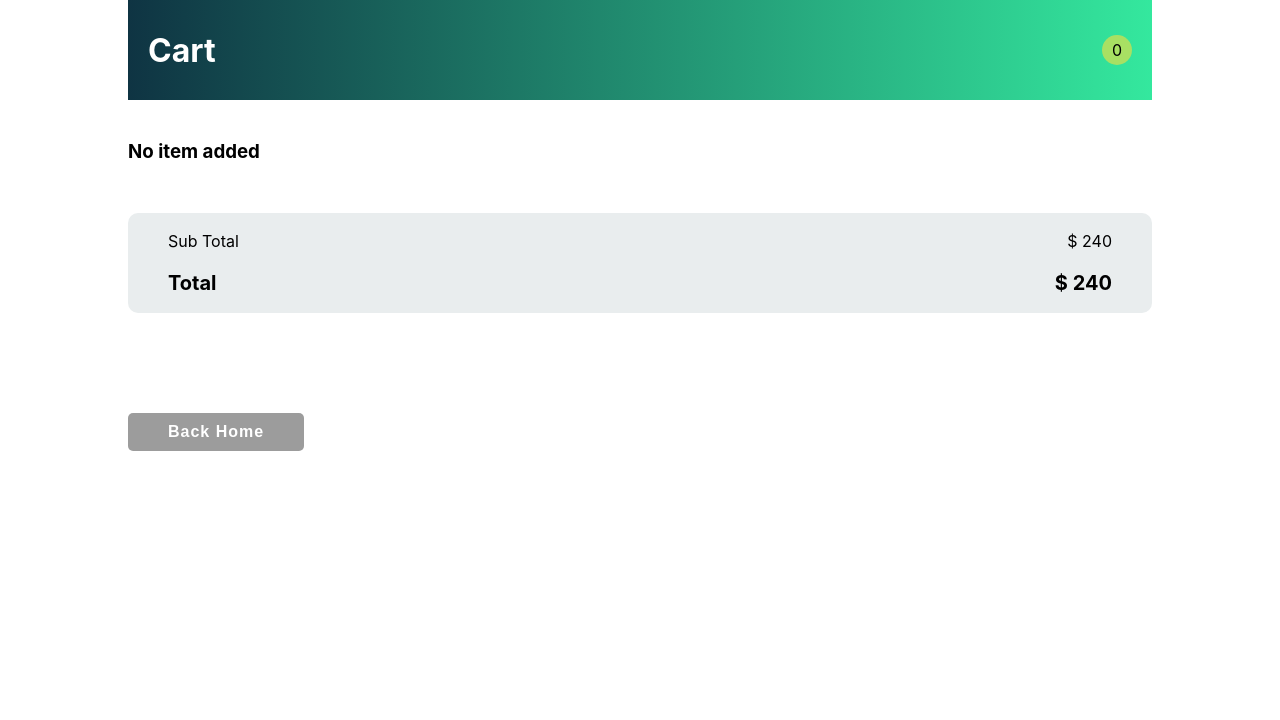
Repository: Yowani24/CarbonApp
Page: /cart
These files come from the project's save history. The page is drawn as it stood at one moment and after a run of saves; the edit follows.
The browser window is 1280 px wide. The pictures show the whole page.
The project was rebuilt for these pictures with package versions that can differ from the ones it lists, and the page was loaded fresh each time. The framework's server and built-in components were replaced by stand-ins that run in the browser. Also part of the build but not shown: next.config.js.

Above is the page before, as saved 2021-09-27 14:09:15.

### pages/_app.js
import { useState } from 'react';
import '../styles/globals.css'
import { CreditProvider } from './products/CreditList'

function MyApp({ Component, pageProps }) {
  return (
    <CreditProvider>
      <Component {...pageProps} />
    </CreditProvider>
  );
}

export default MyApp

### pages/cart/index.js
import React from 'react';
import Head from 'next/head'

import styles from './Cart.module.css'
import Link from 'next/link'

import { CreditList } from '../products/CreditList'
import { useContext } from 'react'

export default function Cart(props) {
    const {cartContent, onAdd, onRemove} = useContext(CreditList);
    const [cartItems, setCartItems] = cartContent;
    return (
        <>
          <Head>
              <title>Cart</title>
          </Head>
          <header>
              <div className={styles.interface}>
                    <div className={styles.header_content}>
                        <h1>Cart</h1>
                        <p>{cartItems.length}</p>
                    </div>
              </div>
          </header>

          <section>
              <div className={styles.interface}>
                  <div className={styles.boxes}>
                      <h3>{cartItems.length === 0 && <p>No item added</p>}</h3>
                      {cartItems.map(item => (
                          <div className={styles.content_box} key={item.id}>
                          <div className={styles.box}>
                              <h3>{item.product}</h3>
                          </div>

                          <div className={styles.product_details}>
                            <div className={styles.description}>
                                <p>{item.product}</p>
                                <p>{item.description}</p>
                            </div>

                            <div className={styles.details_wrapper}>
                                <div className={styles.quantity_controls}>
                                    <button onClick={() => onRemove(item)}>-</button>
                                    <button onClick={() => onAdd(item)}>+</button>
                                </div>

                                <div className={styles.current_money}>
                                    <p>{item.quantity}</p>
                                    <span>x</span>
                                    <p>$ {item.price}</p>
                                </div>
                            </div>
                          </div>
                      </div>
                      ))}
                  </div>

                  <div className={styles.total_to_pay_box}>
                      <span>
                          <p>Sub Total</p>
                          <p>$ 240</p>
                      </span>
                      <span>
                          <p>Total</p>
                          <p>$ 240</p>
                      </span>
                  </div>

                  <div className={styles.button_box}>
                      <Link href="/"><button>Back Home</button></Link>
                      {cartItems.length > 0 && <Link href="/payment"><button>Continue</button></Link>}

                  </div>
              </div>
          </section>
        </>
    )
}

### styles/globals.css
html,
body {
  padding: 0;
  margin: 0;
  font-family: -apple-system, BlinkMacSystemFont, Segoe UI, Roboto, Oxygen,
    Ubuntu, Cantarell, Fira Sans, Droid Sans, Helvetica Neue, sans-serif;
}

a {
  color: inherit;
  text-decoration: none;
}

* {
  margin: 0;
  box-sizing: border-box;
}

### pages/products/CreditList.js
import React, { useState, createContext } from 'react';

export const CreditList = createContext();

export const CreditProvider = (props) => {
    const [credit, setCredit] = useState([
        {
            id: 1,
            product: 'Carbon Credit',
            price: 120,
            description: 'More details goes here like description'
        },
        {
            id: 2,
            product: 'Carbon Credit',
            price: 120,
            description: 'More details about the product'
        },
        {
            id: 3,
            product: 'Carbon Credit',
            price: 120,
            description: 'More details for the item'
        },
        {
            id: 4,
            product: 'Carbon Credit',
            price: 120,
            description: 'More details to provide about carb cred'
        }

    ]);

    const [cartItems, setCartItems] = useState([]);

    const onAdd = () => {
        const exist = cartItems.find(x => x.id === credit.id);
        if(exist) {
            setCartItems(cartItems.map(x => x.id === credit.id ? {...exist, quantity: exist.quantity + 1} : x));
        }else{
            setCartItems([...cartItems, {...credit, quantity: 1}])
        }
    }

    return (
        <CreditList.Provider value={{credits:[credit, setCredit], cartContent:[cartItems, setCartItems], onAdd: onAdd }}>
            {props.children}
        </CreditList.Provider>
    );
}

### pages/cart/Cart.module.css
.interface{
    width: 80%;
    margin: 0 auto;
}

@media (max-width: 780px){
    .interface{
        width: 100%;
    }
}

/* =================HEADER================ */

.header_content{
    display: flex;
    justify-content: space-between;
    align-items: center;
    height: 100px;
    padding: 0 20px;

    background: #34e89e;
    background: -webkit-linear-gradient(to right, #0f3443, #34e89e);
    background: linear-gradient(to right, #0f3443, #34e89e);
}
.header_content h1{
    color: #FFFFFF;
}
.header_content p{
    display: flex;
    justify-content: center;
    align-items:center;
    width: 30px;
    height: 30px;
    border-radius: 100%;
    background: #a8e063;
}

@media (max-width:415px){
    .header_content{
        height: 80px;
    }
}

/* ============================== */
.boxes{
    margin-top: 40px;
}
.content_box{
    width: 100%;
    height: 120px;
    background:rgb(233, 237, 238);
    border-radius: 10px;

    display: flex;
    align-items:center;
    margin: 15px 0;
}
.box{
    width: 120px;
    height: 100%;
    border-radius: 10px;

    background: #00467F;
    background: -webkit-linear-gradient(to right, #56ab2f , #a8e063);
    background: linear-gradient(to right, #56ab2f , #a8e063);


    display: flex;
    justify-content: center;
    align-items: center;
}
.box h3{
    font-size: 25px;
    width: 100px;
    color: azure;
}
.product_details{
    display: flex;
    justify-content: space-between;
    align-items: center;
    width: 80%;
    margin: 0 auto;
    color: hsl(0, 2%, 26%);
}
.description p:nth-child(2){
    margin-top: 5px;
    font-size: 14px;
}
.details_wrapper{
    width: 60%;

    display: flex;
    align-items: center;
    justify-content: space-between;
}
.quantity_controls button{
    border: none;
    padding: 5px 20px;
    margin: 0 5px;
    border-radius: 5px;
    font-size: 16px;
    background: rgb(204, 200, 200);
    cursor: pointer;
}
.quantity_controls button:active{
    background: rgb(148, 146, 146);
}
.current_money{
    display: flex;
    font-size: 16px;
    font-weight: bold;
}
.current_money span{
    padding: 0 20px;
}

@media (max-width: 780px){
    .content_box{
        height: 120px;
        width: 90%;
        margin: 15px auto;
    }
    .details_wrapper{
        width: 50%;
        margin: 0 auto;
        margin-top: 10px;
    }
}
@media (max-width: 415px){
    .content_box{
        height: 80px;
    }
    .box{
        width: 80px;
    }
    .box h3{
        font-size: 16px;
        width: 60px;
        color: azure;
    }

    .product_details{
        justify-content: center;
        flex-direction: column;
        width: 60%;
    }
    .description{
        width: 100%;
    }
    .description p:first-child{
        font-size: 14px;
    }
    .description p:nth-child(2){
        margin-top: 2px;
        font-size: 9px;
    }
    .details_wrapper{
        width: 100%;
        margin-top: 10px;
    }
    .quantity_controls button{
        padding: 5px 10px;
    }
    .current_money span{
        padding: 0 5px;
    }
}


/* ==================================== */

.total_to_pay_box{
    width: 100%;
    height: 100px;
    background:rgb(233, 237, 238);
    border-radius: 10px;

    display: flex;
    flex-direction: column;
    justify-content: center;
    margin-top: 50px;
    padding: 0 40px;
}

.total_to_pay_box span{
    display: flex;
    justify-content: space-between;
    margin: 10px 0;
}
.total_to_pay_box span:nth-child(2){
    font-weight: bold;
    font-size: 20px;
}

@media (max-width: 780px){
    .total_to_pay_box{
        height: 100px;
        width: 90%;
        margin: 0 auto;
        margin-top: 50px;
    }
}

@media (max-width: 460px){
    .total_to_pay_box{
        height: 80px;
    }
    .total_to_pay_box span{
        margin: 5px 0;
    }
    .total_to_pay_box span:first-child{
        font-size: 14px;
    }
    .total_to_pay_box span:nth-child(2){
        font-size: 16px;
    }
}



/* ===================================== */


.button_box{
    display: flex;
    justify-content: space-between;
    margin-top: 100px;
    margin-bottom: 50px;
}
.button_box button:first-child{
    background: rgb(156, 156, 156);
}
.button_box button:first-child:hover{
    background: rgb(122, 120, 120);
}
.button_box button:first-child:active{
    background: rgb(187, 184, 184);
}
.button_box button{
    border: none;
    background: green;
    padding: 10px 40px;
    font-size: 16px;
    color: #FFFFFF;
    letter-spacing: 1px;
    border-radius: 5px;
    cursor: pointer;
    transition: .1s;
    font-weight: bold;
}
.button_box button:nth-child(2):hover{
    background: rgb(1, 92, 1);
}
.button_box button:nth-child(2):active{
    background: rgb(13, 131, 13);
}

@media (max-width: 780px){
    .button_box{
        width: 90%;
        margin: 0 auto;
        margin-top: 40px;
        margin-bottom: 50px;
    }
    .button_box button{
        padding: 16px 50px;
        font-size: 16px;
    }
}

@media (max-width: 460px){
    .button_box button{
        padding: 10px 25px;
        font-size: 14px;
    }
}

Loaded but not shown: pages/api/hello.js (common file)

After the next 3 saves:
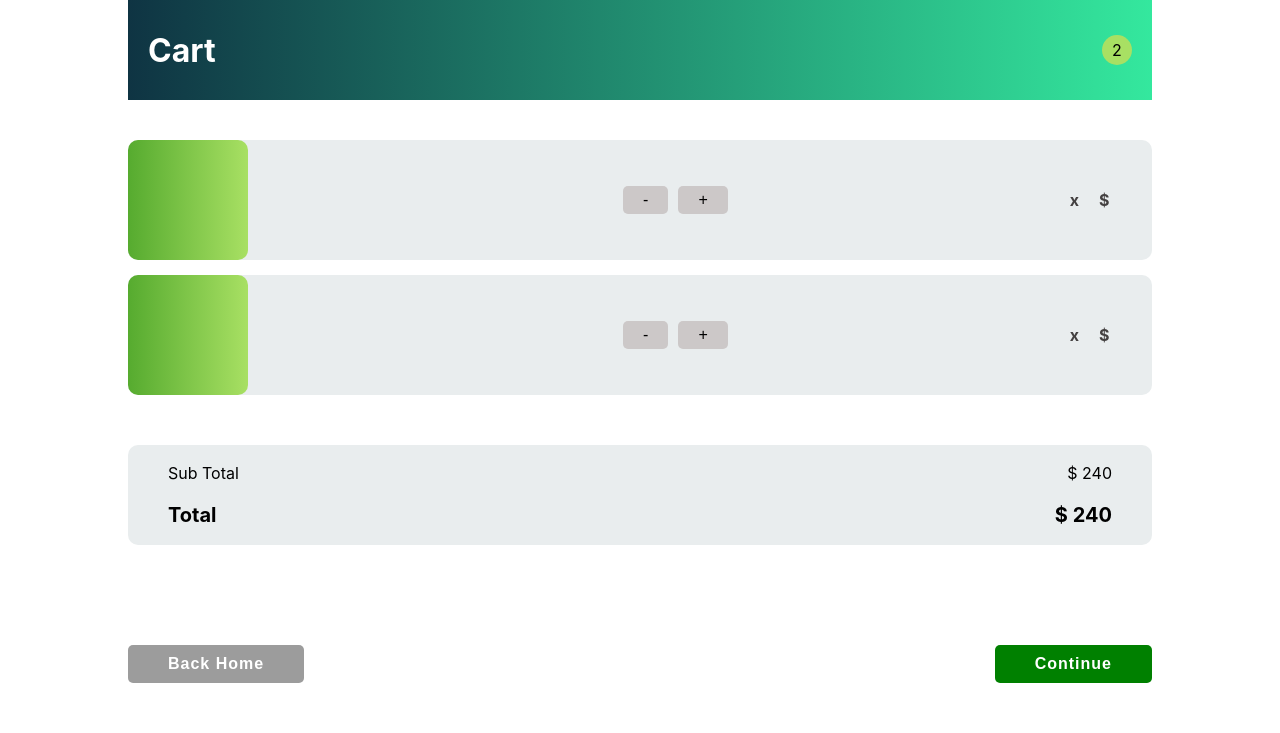
The 3 saves are shown as one change because 2 did not build or start.
The last was saved 2 min 27 s later.
--- a/pages/cart/index.js
+++ b/pages/cart/index.js
@@ -9,7 +9,8 @@ import { useContext } from 'react'
 
 export default function Cart(props) {
     const {cartContent, onAdd, onRemove} = useContext(CreditList);
-    const [cartItems, setCartItems] = cartContent;
+    // const [cartItems, setCartItems] = cartContent;
+    const cartItems = cartContent;
     return (
         <>
           <Head>

After the save that followed:
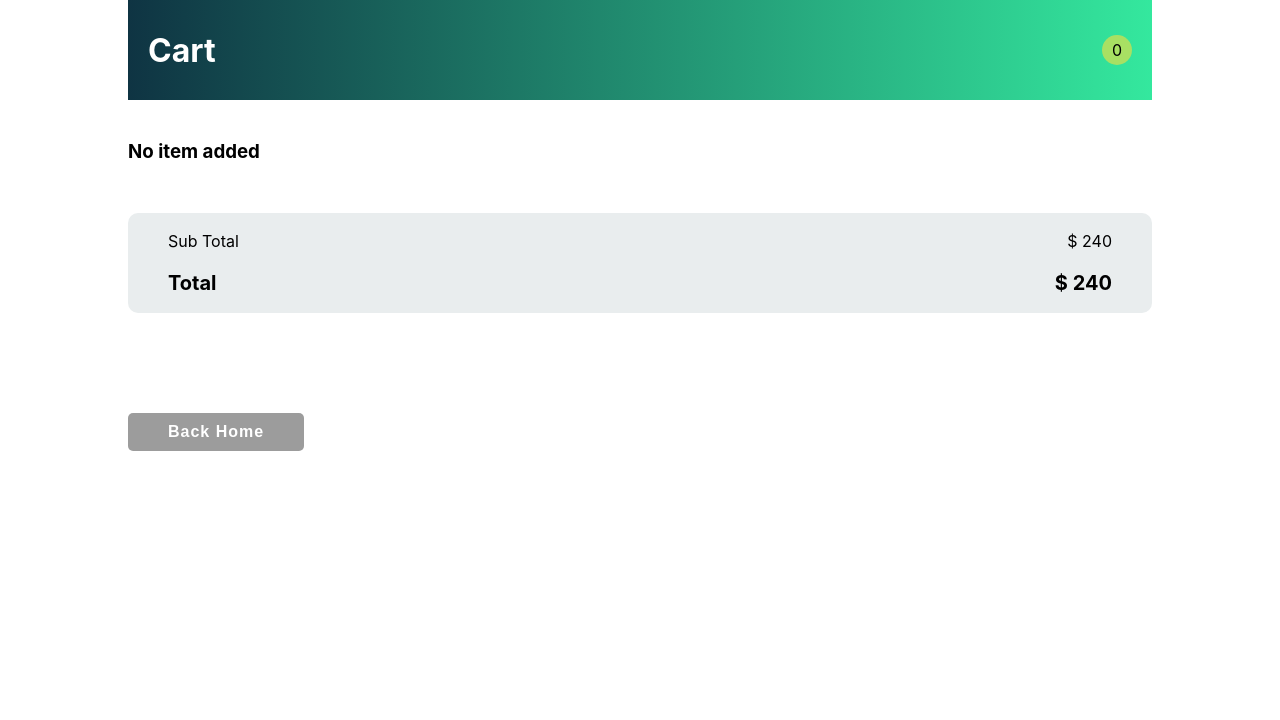
Saved 42 s later.
--- a/pages/cart/index.js
+++ b/pages/cart/index.js
@@ -9,8 +9,7 @@ import { useContext } from 'react'
 
 export default function Cart(props) {
     const {cartContent, onAdd, onRemove} = useContext(CreditList);
-    // const [cartItems, setCartItems] = cartContent;
-    const cartItems = cartContent;
+    const [cartItems, setCartItems] = cartContent;
     return (
         <>
           <Head>
